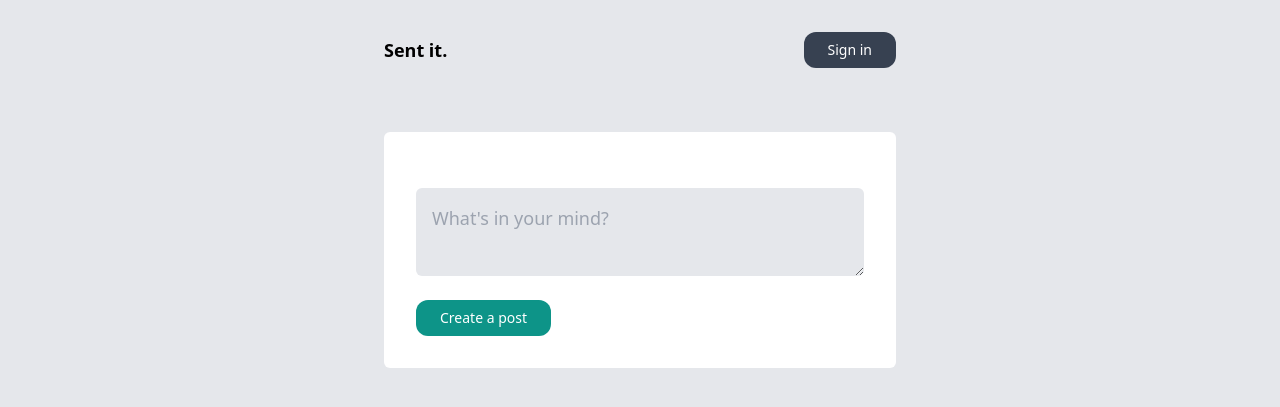
Repository: Saadelfadil/Nextjs_fullstack_app
Page: /
An editor plug-in stored every save of this project. The page is shown before and after the next save, followed by the edit.
The browser window is 1280 px wide. The pictures show the whole page.
The page's requests for data from a server got no answer. The project was rebuilt for these pictures with package versions that can differ from the ones it lists, and the page was loaded fresh each time. The framework's server and built-in components were replaced by stand-ins that run in the browser. No one was signed in, and anything a server would have sent is missing. Also part of the build but not shown: next.config.js, app/auth/Logged.tsx.

Above is the page before, as saved 2023-02-27 14:35:23.

After the next save:
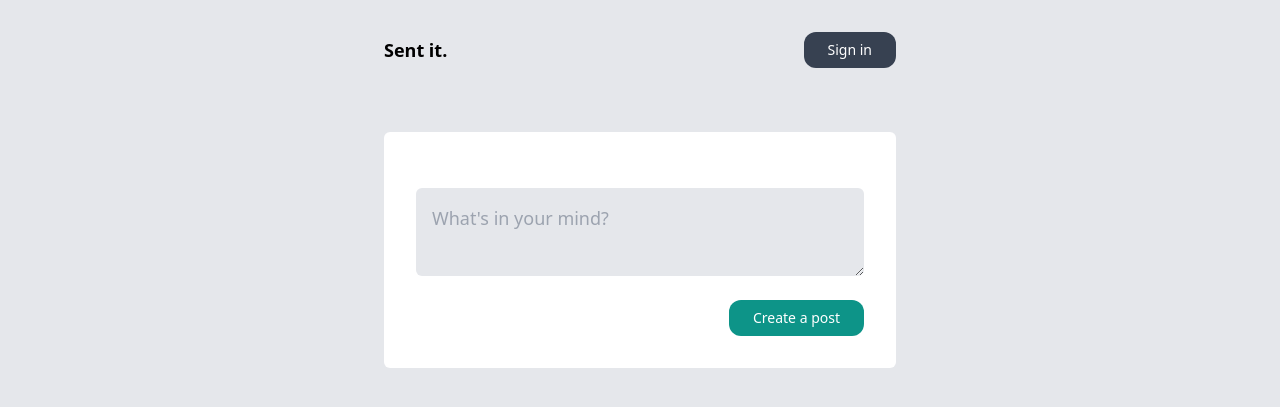
Saved 12 s later.
--- a/app/components/AddPost.tsx
+++ b/app/components/AddPost.tsx
@@ -8,28 +8,28 @@ const AddPost = () => {
 
   return (
     <form className="bg-white my-8 p-8 rounded-md">
-        <div className="flex flex-col my-4">
-            <textarea onChange={(e) => setTitle((pre) => pre = e.target.value)}
-            name="title"
-            value={title}
-            placeholder={"What's in your mind?"}
-            className="p-4 text-lg rounded-md my-2 bg-gray-200"
-            >
-            </textarea>
-        </div>
+      <div className="flex flex-col my-4">
+        <textarea
+          onChange={(e) => setTitle((pre) => (pre = e.target.value))}
+          name="title"
+          value={title}
+          placeholder={"What's in your mind?"}
+          className="p-4 text-lg rounded-md my-2 bg-gray-200"
+        ></textarea>
+      </div>
 
-        <div>
-            <p className={`flex items-center justify-between gap-2`}></p>
-            <button
-              disabled={isDisabled}
-              className="text-sm bg-teal-600 text-white rounded-xl py-2 px-6 disabled:opacity-25"
-              type="submit"
-            >
-            Create a post
-            </button>
-        </div>
+      <div className="flex items-center justify-between gap-2">
+        <p className={`flex items-center justify-between gap-2`}></p>
+        <button
+          disabled={isDisabled}
+          className="text-sm bg-teal-600 text-white rounded-xl py-2 px-6 disabled:opacity-25"
+          type="submit"
+        >
+          Create a post
+        </button>
+      </div>
     </form>
-  )
+  );
 };
 
 export default AddPost;
